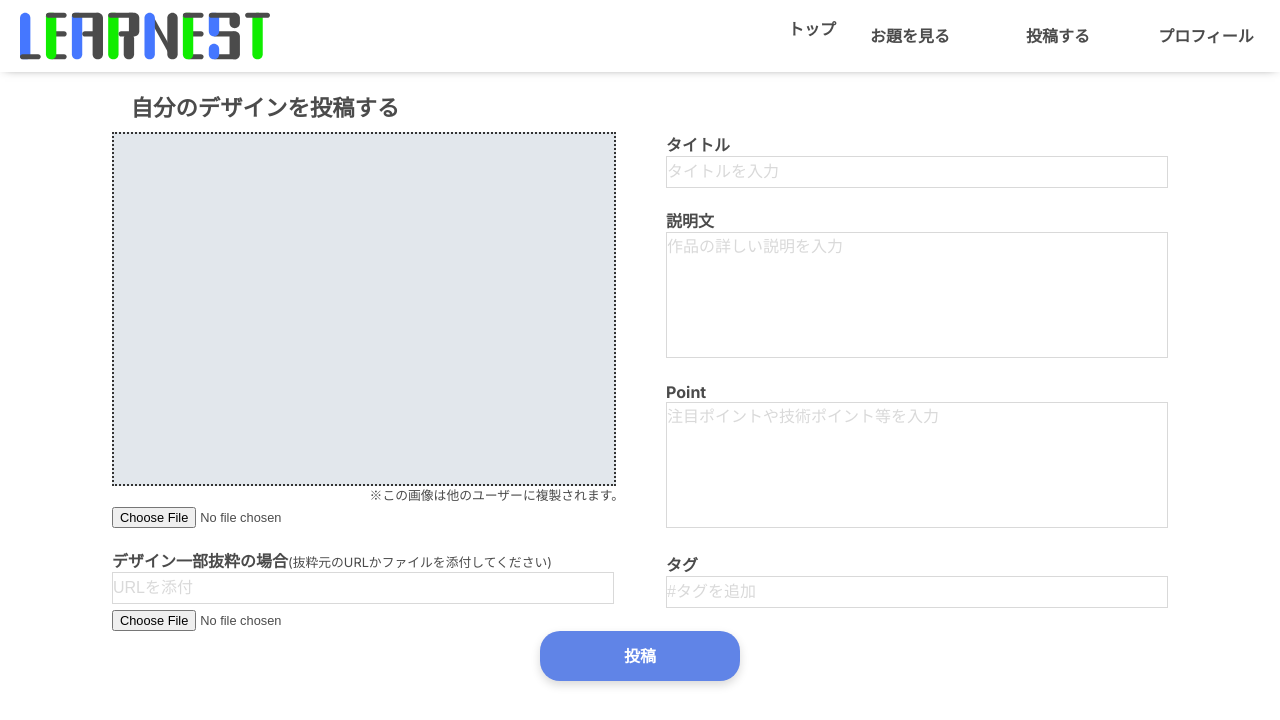
Repository: KawakamiAyaka/Learnest
Page: /inputPost
An editor plug-in stored every save of this project. The page is shown before and after the next save, followed by the edit.
The browser window is 1280 px wide. The pictures show the whole page.
The project was rebuilt for these pictures with package versions that can differ from the ones it lists, and the page was loaded fresh each time. The framework's server and built-in components were replaced by stand-ins that run in the browser. Also part of the build but not shown: next.config.mjs.

Above is the page before, as saved 2024-07-12 23:44:49.

After the next save:
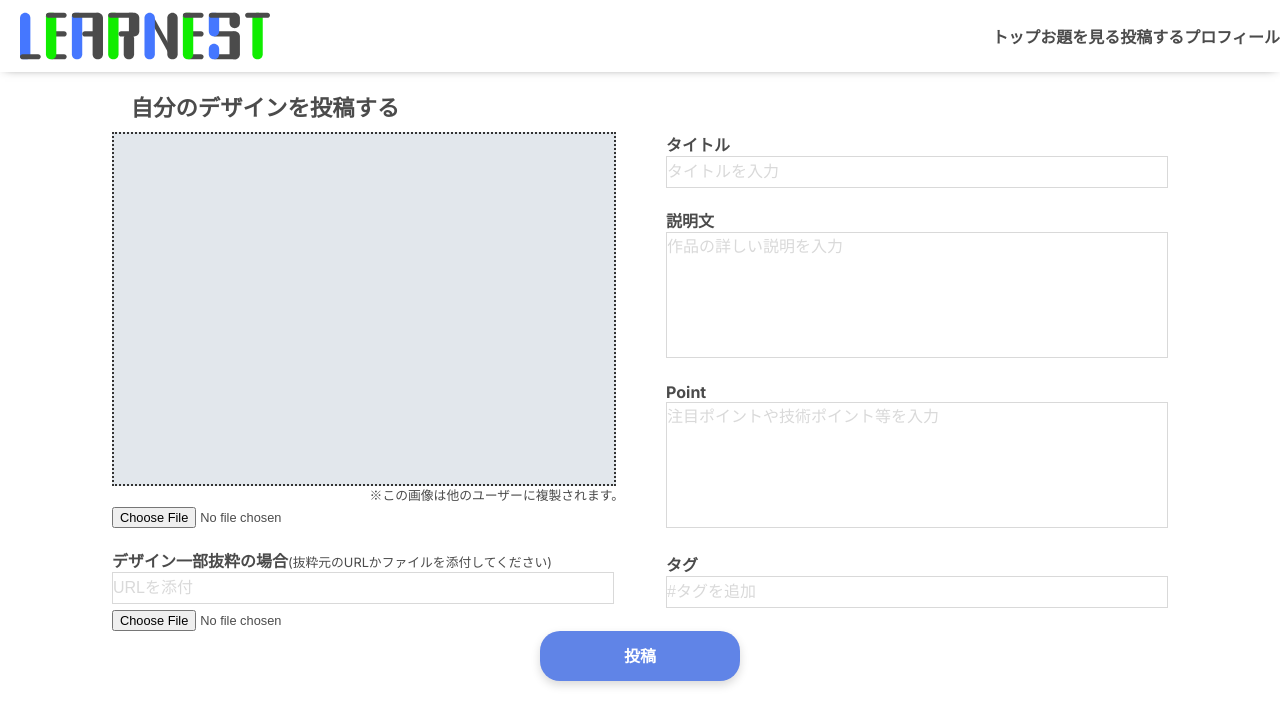
Saved 52 s later.
--- a/src/Components/Header/Header.tsx
+++ b/src/Components/Header/Header.tsx
@@ -25,13 +25,7 @@
                                 }}
                                 className={style.Link}>トップ</Link>
                         </li>
-                        <li style={{
-                                margin:'0 10px',
-                                width:'8rem',
-                                height:'2.5rem',
-                                textAlign:'center',
-                                lineHeight:'2.5rem'
-                            }}>
+                        <li className={style.navBtn}>
                             <Link href="/themaPost"
                                 style={{
                                     position:'relative',
@@ -40,13 +34,7 @@
                                 }}
                                 className={style.Link}>お題を見る</Link>
                         </li>
-                        <li style={{
-                                margin:'0 10px',
-                                width:'8rem',
-                                height:'2.5rem',
-                                textAlign:'center',
-                                lineHeight:'2.5rem'
-                            }}>
+                        <li className={style.navBtn}>
                             <Link href="/inputPost"
                                 style={{
                                     position:'relative',
@@ -55,13 +43,7 @@
                                 }}
                                 className={style.Link}>投稿する</Link>
                         </li>
-                        <li style={{
-                                margin:'0 10px',
-                                width:'8rem',
-                                height:'2.5rem',
-                                textAlign:'center',
-                                lineHeight:'2.5rem'
-                            }}>
+                        <li className={style.navBtn}>
                             <Link href="/profile"
                                 style={{
                                     position:'relative',
